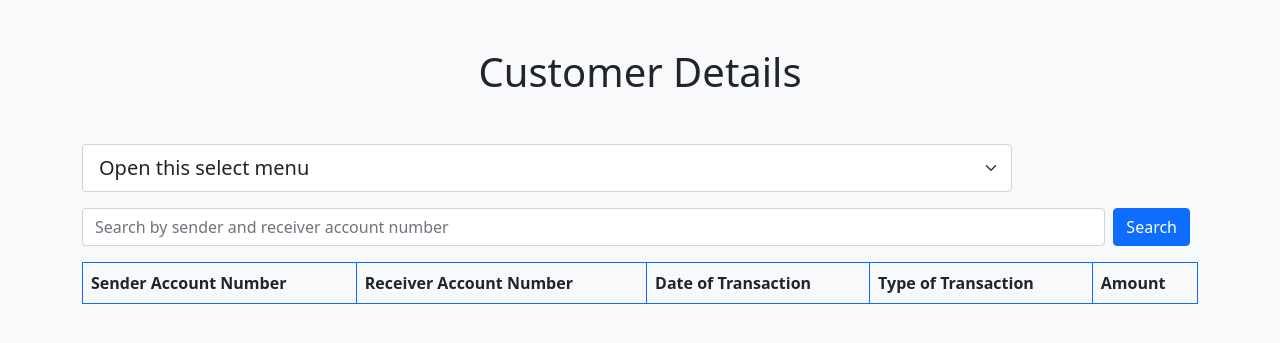
Repository: valletivarish/monojsp
Page: http://localhost/11-bank-application/view-transactions.jsp
An editor plug-in stored every save of this project. The page is shown before and after the next save, followed by the edit.
The browser window is 1280 px wide. The pictures show the whole page.
The page is served by Tomcat 9. Other server files are loaded and not shown. The template is opened directly, without the code that normally fills it, so the values that code supplies are empty.

Above is the page before, as saved 2024-07-20 14:25:11.

### 11-bank-application/WebContent/view-transactions.jsp
<%@ page language="java" contentType="text/html; charset=UTF-8" pageEncoding="UTF-8"%>
<%@ taglib uri="http://java.sun.com/jsp/jstl/core" prefix="c"%>

<!DOCTYPE html>
<html lang="en">
<head>
    <meta charset="UTF-8">
    <meta name="viewport" content="width=device-width, initial-scale=1.0">
    <title>View Customers</title>
    <link href="https://cdnjs.cloudflare.com/ajax/libs/font-awesome/6.6.0/css/all.min.css">
    <link href="https://cdn.jsdelivr.net/npm/bootstrap@5.0.2/dist/css/bootstrap.min.css" rel="stylesheet" integrity="sha384-EVSTQN3/azprG1Anm3QDgpJLIm9Nao0Yz1ztcQTwFspd3yD65VohhpuuCOmLASjC" crossorigin="anonymous">
	<script src="https://cdn.jsdelivr.net/npm/bootstrap@5.0.2/dist/js/bootstrap.bundle.min.js" integrity="sha384-MrcW6ZMFYlzcLA8Nl+NtUVF0sA7MsXsP1UyJoMp4YLEuNSfAP+JcXn/tWtIaxVXM" crossorigin="anonymous"></script>
</head>
<body class="bg-light">
    <div class="container-lg my-5">
		<h1 class="text-center my-5">Customer Details</h1>
		<form action="admin" method="get">
			<div class="col-sm-10">
				<input type="hidden" name="command" value="viewCustomers">
				<select class="form-select form-select-lg mb-3"
					aria-label=".form-select-lg example" name="select">
					<option selected>Open this select menu</option>
					<option value="senderAccountNumber">Sender Account Number</option>
					<option value="receiverAccountNumber">Receiver Account Number</option>

				</select>
			</div>
			<div class="d-flex my-3">
				<input type="text" class="form-control" name="searchValue" placeholder="Search by sender and receiver account number">
				<input type="submit" class="btn btn-primary mx-2" value="Search">
				<i class="fa-solid fa-filter"></i>
			</div>

		</form>

		<table class="table table-hover table-bordered border-primary">
			<thead>
				<tr>
					<th>Sender Account Number</th>
					<th>Receiver Account Number</th>
					<th>Date of Transaction</th>
					<th>Type of Transaction</th>
					<th>Amount</th>
				</tr>
			</thead>
			<tbody>
				<c:forEach var="transaction" items="${TheTransactions}">
					<tr>
						<td>${transaction.sender_account_number}</td>
						<td>${transaction.receiver_account_number}</td>
						<td>${transaction.date_of_transaction}</td>
						<td>${transaction.transaction_type}</td>
						<td>${transaction.transaction_amount}</td>

					</tr>
				</c:forEach>
			</tbody>
		</table>

	</div>
</body>
</html>

After the next save:
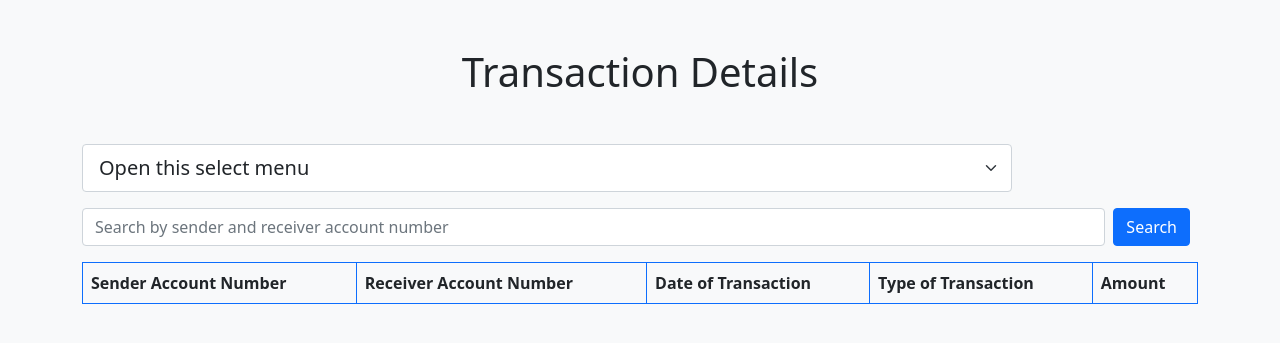
Saved 27 s later.
--- a/11-bank-application/WebContent/view-transactions.jsp
+++ b/11-bank-application/WebContent/view-transactions.jsp
@@ -13,7 +13,7 @@
 </head>
 <body class="bg-light">
     <div class="container-lg my-5">
-		<h1 class="text-center my-5">Customer Details</h1>
+		<h1 class="text-center my-5">Transaction Details</h1>
 		<form action="admin" method="get">
 			<div class="col-sm-10">
 				<input type="hidden" name="command" value="viewCustomers">
